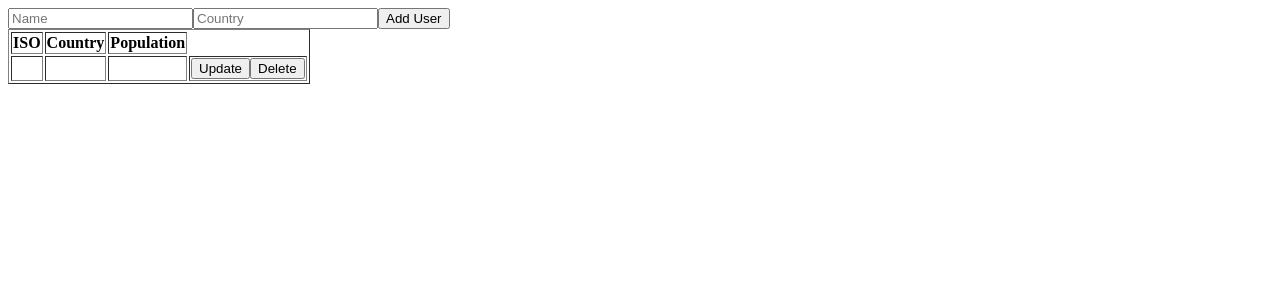
Repository: sunilkc-7/FormikwithRedux
Page: /, after clicking the first element matching `button`
The author's editor kept a copy of each file at every save. The page is drawn from the files as they stood at one save, then again after the next save.
The browser window is 1280 px wide. The pictures show the whole page.
The page's requests for data from a server got no answer. The project was rebuilt for these pictures with package versions that can differ from the ones it lists, and the page was loaded fresh each time. No one was signed in, and anything a server would have sent is missing.

Above is the page before, as saved 2023-08-17 10:15:58.

After the next save:
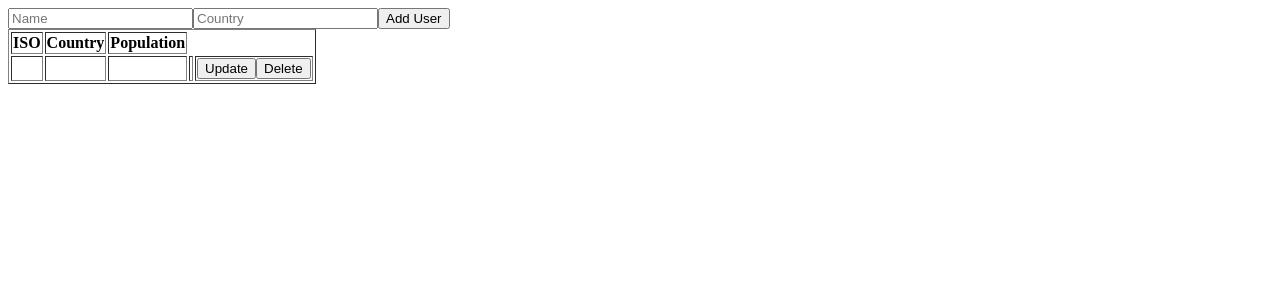
Saved 54 s later.
--- a/src/components/App.js
+++ b/src/components/App.js
@@ -71,6 +71,7 @@ const App = () => {
           {users.map((user) => (
             <tr key={user.id}>
               <td>{user.ISO}</td>
+              <td>{user.country}</td>
               <td>{user.population}</td>
               <td>{}</td>
               <td>
